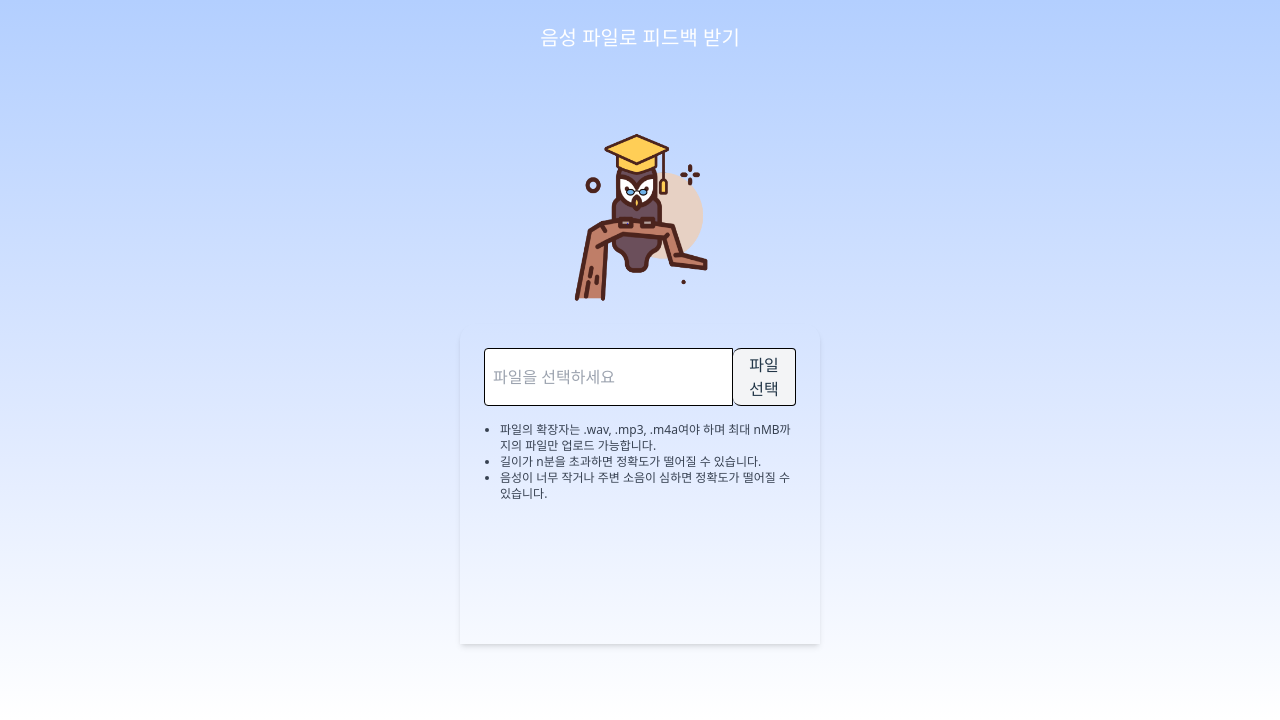
Repository: yurim1205/mini_front
Page: /record (app in frontend/)
The author's editor kept a copy of each file at every save. The page is drawn from the files as they stood at one save, then again after the next save.
The browser window is 1280 px wide. The pictures show the whole page.
The project was rebuilt for these pictures with package versions that can differ from the ones it lists, and the page was loaded fresh each time. Also part of the build but not shown: frontend/vite.config.js, frontend/src/components/common/Button.jsx, frontend/src/components/buttons/fileFeedbackBtn.jsx, frontend/src/components/buttons/rec_FeedbackBtn.jsx, frontend/src/pages/home.jsx, frontend/src/pages/fileFeedback.jsx.

Above is the page before, as saved 2025-05-14 09:30:17.

After the next save:
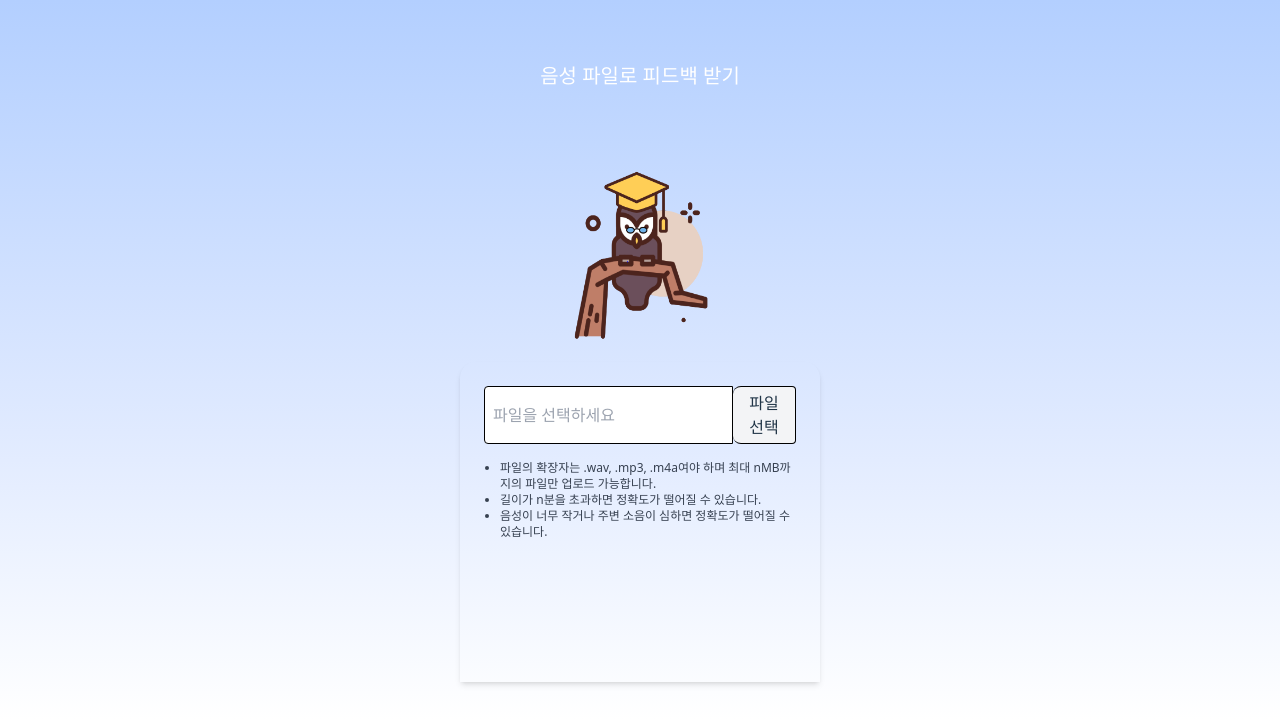
Saved 9 s later.
--- a/frontend/src/pages/recordFeedback.jsx
+++ b/frontend/src/pages/recordFeedback.jsx
@@ -13,7 +13,7 @@
       }}
     >
       <div
-        className="relative h-screen flex flex-col items-center max-w-[360px] w-full"
+        className="relative flex flex-col items-center max-w-[360px] w-full"
       >
         <div className="flex items-center w-full px-4 pt-6">
           {/* <button onClick={() => navigate(-1)} className="text-2xl mr-2">{'←'}</button> */}
